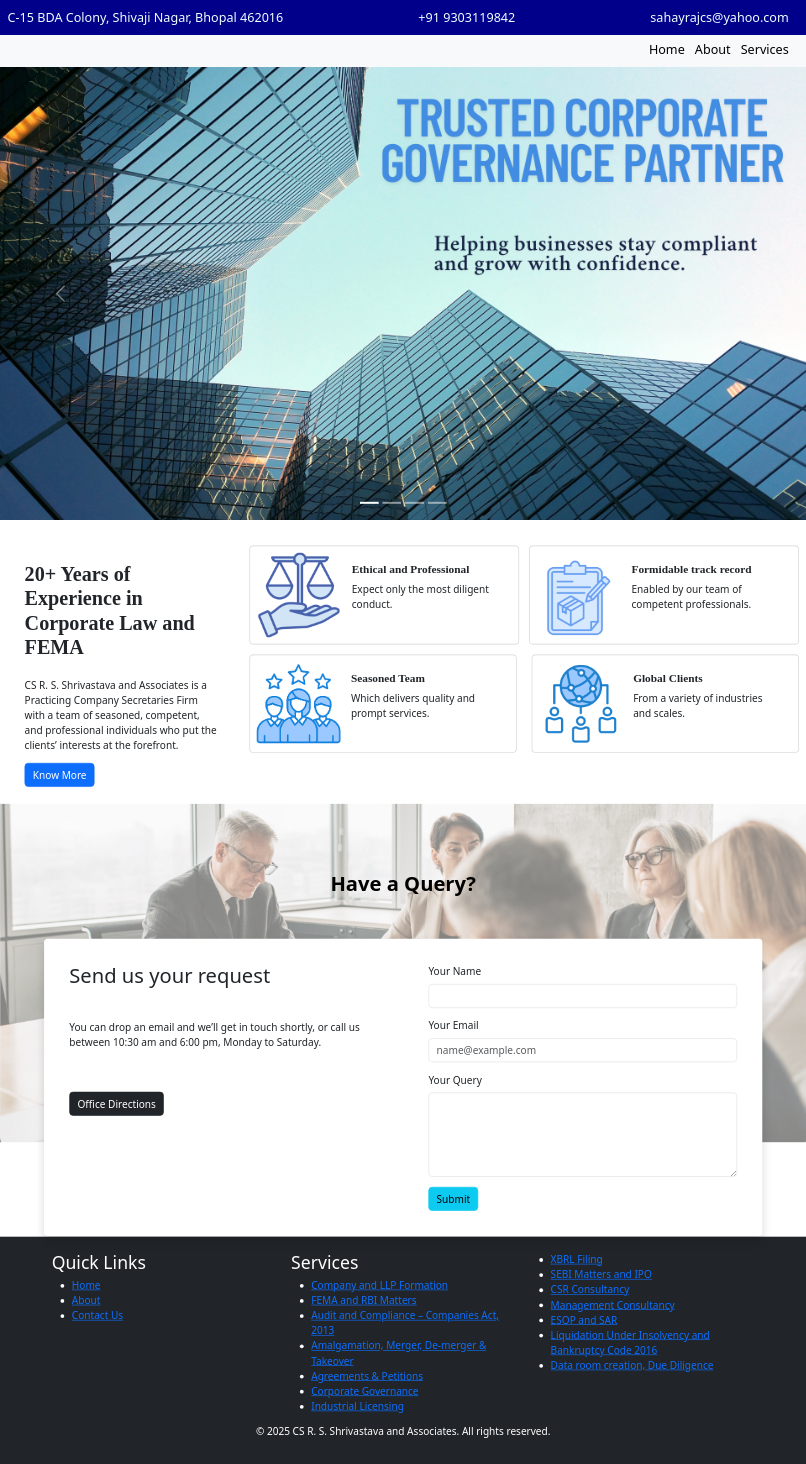
Repository: aayushiss/CS-RSS
Page: index.html
These files come from the project's save history. The page is drawn as it stood at one moment and after the next save; the edit follows.
The browser window is 1280 px wide. The pictures show the whole page, at 63% of full size.

Above is the page before, as saved 2025-05-15 20:25:47.

After the next save:
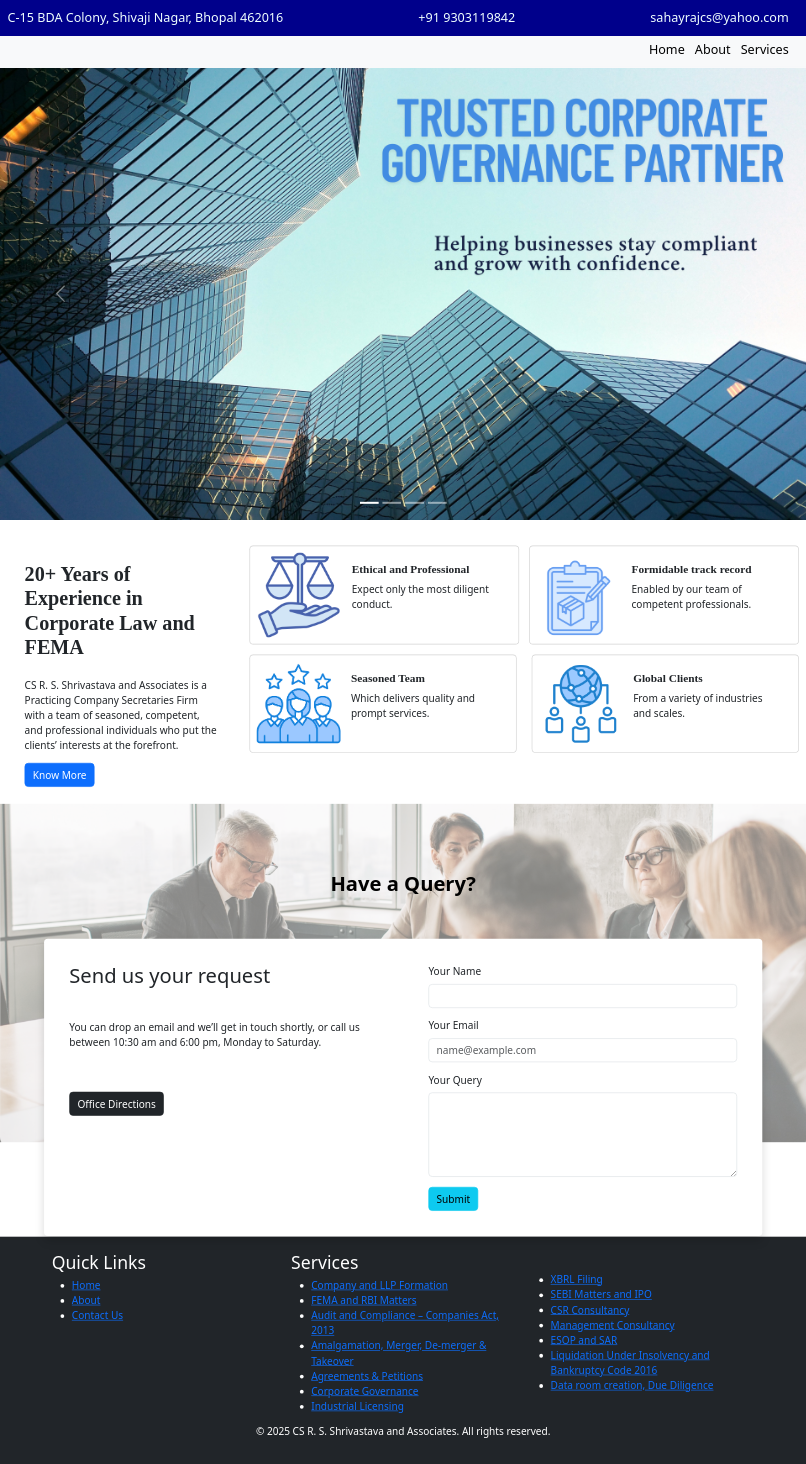
Saved 35 s later.
--- a/index.html
+++ b/index.html
@@ -216,7 +216,7 @@
             <li><a href="hncjsd">Industrial Licensing</a></li>
           </ul>
         </div>
-        <div class="col">
+        <div class="col" style="margin-top: 2rem;">
           <ul>
             <li><a href="hncjsd">XBRL Filing</a></li>
             <li><a href="hncjsd">SEBI Matters and IPO</a></li>
